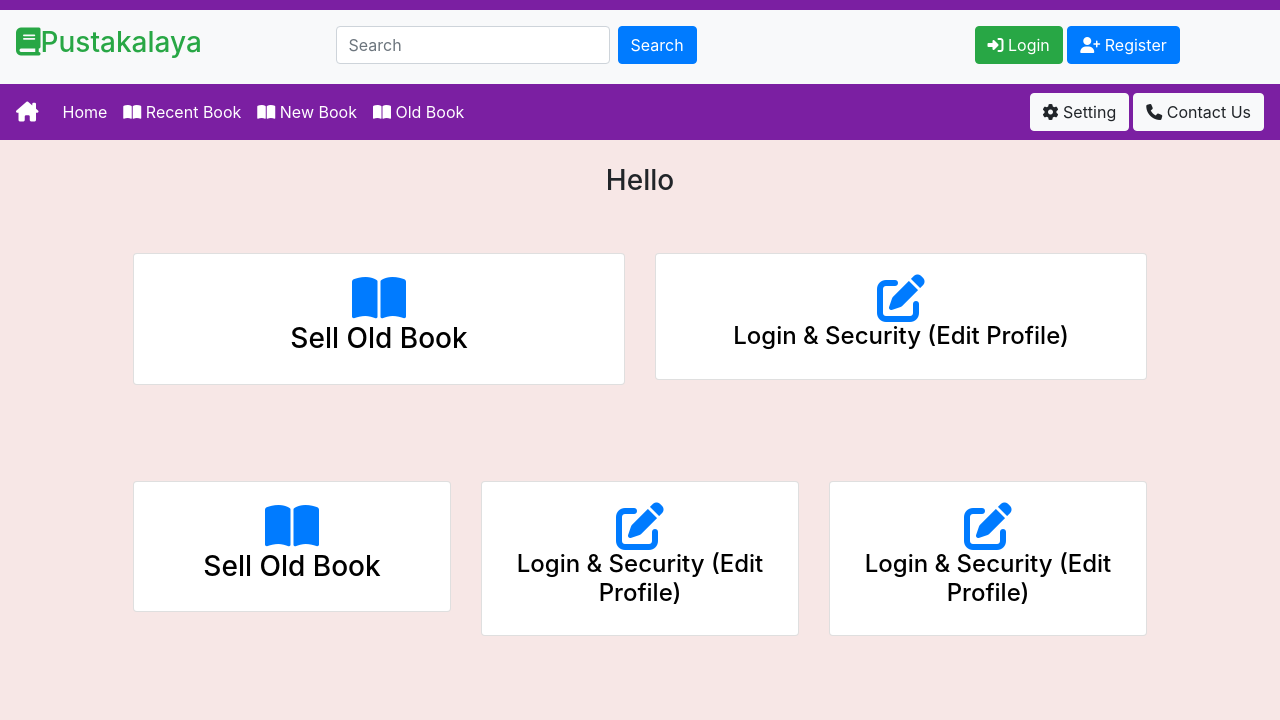
Repository: kalaprabhakar/Pustakalay_Web_Application
Page: http://localhost/E_Book_Management/setting.jsp
An editor plug-in stored every save of this project. The page is shown before and after the next save, followed by the edit.
The browser window is 1280 px wide. The pictures show the whole page.
Some web libraries are served in a nearby version. The page is served by Tomcat 10.

Above is the page before, as saved 2024-02-28 13:45:09.

After the next save:
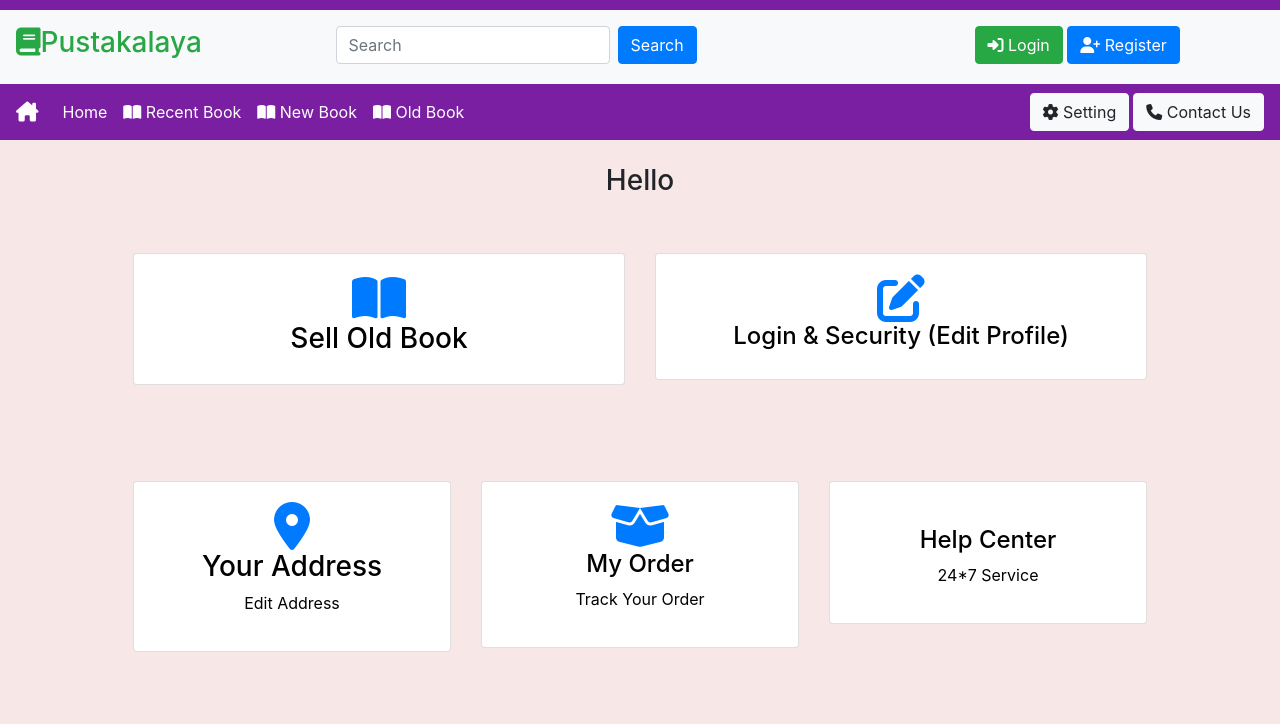
Saved 7 min 34 s later.
--- a/E_Book_Management/src/main/webapp/setting.jsp
+++ b/E_Book_Management/src/main/webapp/setting.jsp
@@ -66,8 +66,9 @@ a:hover {
 				<a href="#">
 					<div class="card">
 						<div class="card-body text-center">
-							<div class="text-primary"><i class="fa-solid fa-book-open fa-3x"></i></div>
-							<h3>Sell Old Book</h3>
+							<div class="text-primary"><i class="fa-solid fa-location-dot fa-3x"></i></div>
+							<h3>Your Address</h3>
+							<p>Edit Address</p>
 						</div>
 					</div>
 
@@ -81,8 +82,9 @@ a:hover {
 				<a href="#">
 					<div class="card">
 						<div class="card-body text-center">
-							<div class="text-primary"><i class="fa-solid fa-pen-to-square fa-3x"></i></div>
-							<h4>Login & Security (Edit Profile)</h4>
+							<div class="text-primary"><i class="fa-solid fa-box-open fa-3x" ></i></div>
+							<h4>My Order</h4>
+							<p>Track Your Order</p>
 						</div>
 					</div>
 
@@ -95,8 +97,9 @@ a:hover {
 				<a href="#">
 					<div class="card">
 						<div class="card-body text-center">
-							<div class="text-primary"><i class="fa-solid fa-pen-to-square fa-3x"></i></div>
-							<h4>Login & Security (Edit Profile)</h4>
+							<div class="text-primary"><i class="fa-regular fa-user-headset"></i></div>
+							<h4>Help Center</h4>
+							<p>24*7 Service</p>
 						</div>
 					</div>
 
